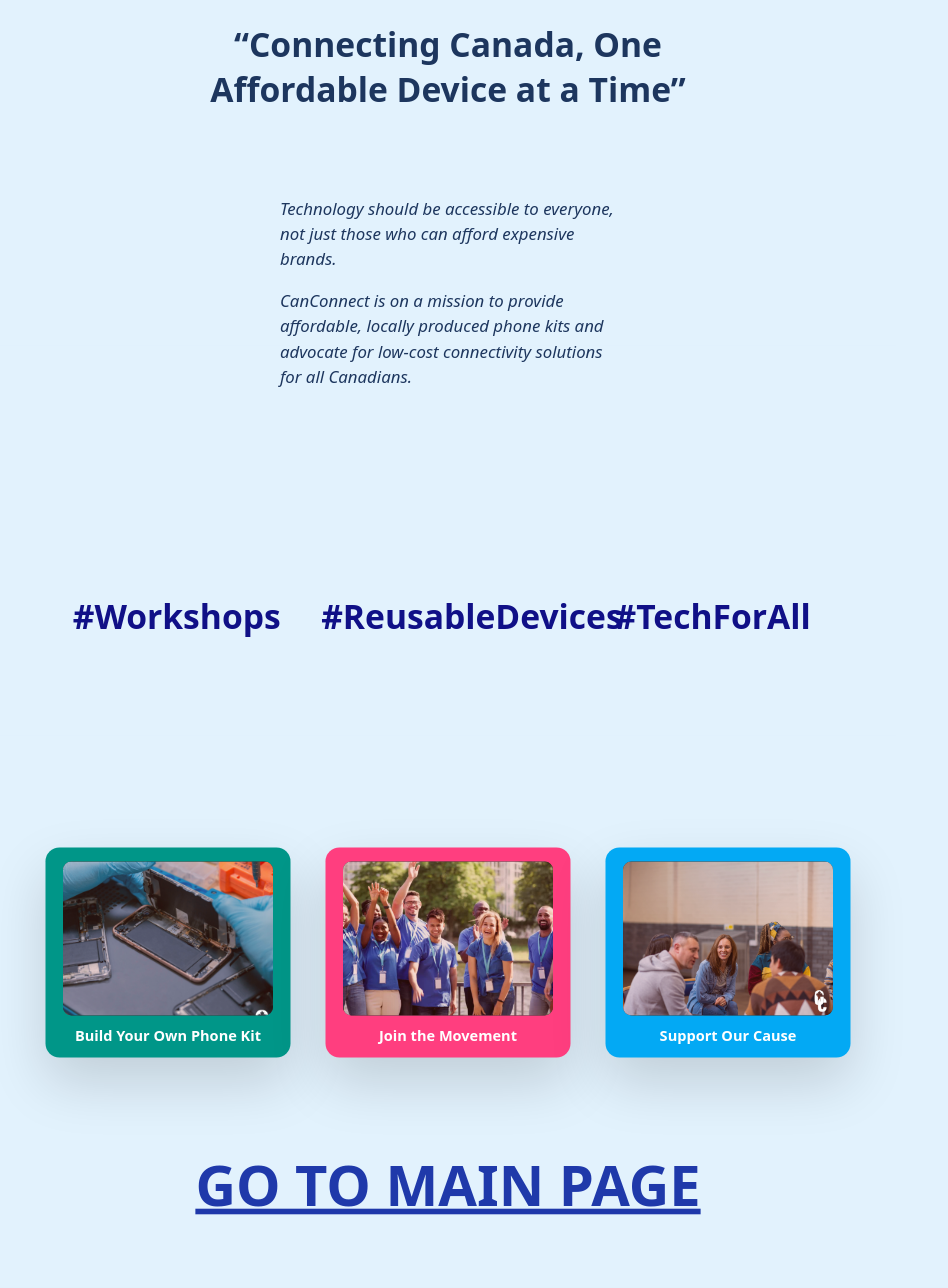
Repository: katelynyew/communityWebsite
Page: index.html
An editor plug-in stored every save of this project. The page is shown before and after the next save, followed by the edit.
The browser window is 1280 px wide. The page is 1354 px wide, so the pictures cover 1354 px, including what lies to the right of the window. The pictures show the part of the page from y = 2514 to 4354 px (the page is 4354 px tall before and 4125 px after), at 70% of full size.
Some web fonts or font styles are not loaded; a fallback is used. Some web libraries are served in a nearby version.

Above is the page before, as saved 2025-04-03 04:53:41.

### index.html
<!DOCTYPE html>
<html lang="en">
<head>
  <meta charset="UTF-8">
  <meta name="viewport" content="width=device-width, initial-scale=1.0">
  <link rel="stylesheet" href="./style.css" />

  <link rel="preconnect" href="https://fonts.googleapis.com">
  <link rel="preconnect" href="https://fonts.gstatic.com" crossorigin><link href="https://fonts.googleapis.com/css2?family=Ranchers&display=swap" rel="stylesheet">

  <title>Canconnect</title>
</head>
<body>

    <div class="landing">
      <!-- <nav>
        <h1 id="logo">CANConnect</h1>
        <a href="index.html">
          <img id="logo-img1" src="./can1.png" alt="CanConnect Logo" id="logo" />
        </a>
        <u1 class="nav-links">
          <li><a href="index.html" onclick="location.reload(); return false;">Home</a></li>
          <li><a href="https://sites.google.com/my.yorku.ca/canconnect/home">About Us</a></li>
          <li><a href="https://sites.google.com/my.yorku.ca/canconnect/tech-reshare-program?authuser=0">Our Project</a></li>
          <li><a href="https://sites.google.com/my.yorku.ca/canconnect/get-involved?authuser=0">Get Involved</a></li>
          <li><a href="https://sites.google.com/my.yorku.ca/canconnect/news-updates?authuser=0">News & Updates</a></li>
          <li><a href="https://sites.google.com/my.yorku.ca/canconnect/our-team?authuser=0">Staff</a></li>
          <li><a href="https://sites.google.com/my.yorku.ca/canconnect/connect?authuser=0">Contact Us</a></li>
        </u1>
      </nav> -->
      <div class="header">
        <div class="letters">
          <img id="logo-img2" src="can2.png" alt="CanConnect Logo">
          <!-- <h1 class="title">CANConnect</h1> -->
          <h2 class="big-text">“Connecting Canada, One Affordable Device at a Time”</h2>
        </div>
      </div>
      <div class="website-content">
        <div class="img-holder">
          <img src="./b8.jpg" alt="Description of the image"/>
        </div>
      </div>
    </div>


  <div class="content-holder">
    <div class="intro-text">

      <h1 class="sub">
        “Connecting Canada, One Affordable Device at a Time”
      </h1>
      <p class="hide">
        <span class="text">Technology should be accessible to everyone, not just those who can afford expensive
          brands.</span>
      </p>

      <p class="hide">
        <span class="text">CanConnect is on a mission to provide affordable, locally produced phone kits and advocate for low-cost connectivity solutions for all Canadians.</span>
      </p>
    </div>
  </div>
  <div class="slider"></div>
  <div class="row">
    <p class="tags">
      #Workshops
    </p>
    <p class="tags">
      #ReusableDevices
    </p>
    <p class="tags">
      #TechForAll
    </p>
  </div>
  <div class="container">
    <div class="card" style="--clr:#009688;">
      <div class="cardimg">
        <img src="./one.png" alt="">
      </div>
      <div class="card-content">
        <h2>Build Your Own Phone Kit</h2>
        <p>Empower yourself with affordable tech-build your own phone kit with CanConnect.</p>
        <a href="#">– Learn More</a>
      </div>
    </div>
    <div class="card" style="--clr:#ff3e7f;">
      <div class="cardimg">
        <img src="./two.png" alt="">
      </div>
      <div class="card-content">
        <h2>Join the Movement</h2>
        <p>Want to be a part of the movement? Check out how you can help:</p>
        <a href="#">– Get involved</a>
      </div>
    </div>
    <div class="card" style="--clr:#03a9f4;">
      <div class="cardimg">
         <img src="./three.png" alt="">
      </div>
      <div class="card-content">
        <h2>Support Our Cause</h2>
        <p>Support us in making technology more affordable for all.</p>
        <a href="#">– Donate today</a>
      </div>
    </div>

    <div class="home">
      <a href="https://sites.google.com/my.yorku.ca/canconnect/home?authuser=0">GO TO MAIN PAGE</a>
    </div>
  </div>



<script src="https://cdnjs.cloudflare.com/ajax/libs/gsap/3.8.0/gsap.min.js"></script>
<script src="https://cdnjs.cloudflare.com/ajax/libs/gsap/3.8.0/ScrollTrigger.min.js"></script>
<script src="./script.js"></script>

</body>
</html>

### style.css
*{
    margin: 0;
    padding: 0;
    box-sizing: border-box;
}
main {
    font-family: "Noto Sans", sans-serif;
}
html {
    overscroll-behavior: none;
}



html, body {
    font-family: "Noto sans", sans-serif;
    height: 100%;
    background-color: rgb(226, 242, 253);

}


.landing{
    min-height: 100vh;
    background-color: rgb(226, 242, 253);
    background-size: cover;
    display: flex;
    flex-direction: column;
    justify-content: top;
    align-content: flex-start;
    z-index: 2;
}
img {
    width: 100%;
    height: 100%;
    object-fit: cover;

}
nav {
    position: fixed;
    top: 0;
    right: 0;
    display: flex;
    align-items: center;
    justify-content: space-between;
    min-height: 10vh;
    max-width: 1200px; /* Prevents the nav from expanding too much */
    z-index: 20;


}


.nav-links {
    display: flex;  /* place the items side by side*/
    list-style: none;   /* get rid of bullet point*/
    gap: 2rem;  /* gap between each nav li element*/
    padding: 2em;

}

.nav-links li {
    /* padding-left: 10rem; */
    font-size: 1rem;
    font-weight: lighter;
    list-style: none;
    display: inline-block;
    padding: 5px 15px;
    border-radius: 5px;


}
.nav-links li:hover {
    border-color: #009688; /* Make border visible on hover */
    background-color: rgba(137, 2, 2, 0.475); /* Light background effect */
}

.nav-links li a {
    text-decoration: none; /* Remove underline */
    color: black; /* Change text color */
    font-weight: bold;
    display: block;
  }

#logo{
    position: fixed;
    top: 0;
    left: 100px;
    min-height: 10vh;
    padding: 20px 5px;
    font-family: "Noto Sans", sans-serif;
    font-weight: heavier;
    font-size: 2rem;
    z-index: 1000;


}
#logo-img1 {
    position: fixed; /* Keeps it in place even when scrolling */
    top: 0; /* Aligns to the very top */
    left: 50px; /* Aligns to the very left */
    max-width: 50px; /* Adjust size as needed */
    height: auto;
    padding: 10px; /* Adds some spacing */
}
#logo-img2 {
    max-width: 1000px;
    height: auto;
    display: block;
    margin: 0 auto;
}

.header {
    position: fixed;
    top: 5%;
    left: 0%;
    display: flex;
    width: 100%;
    z-index: 40;


}
.letters {
    flex: 1;
    display: flex;
    flex-direction: column; /*stacks children vertically */
    align-items: center;
    text-transform: uppercase;

}


.big-text {
    position: relative;
    font-size: 2rem;
    font-weight: heavier;
    text-align: center;
    color: rgb(39, 27, 202);
    margin: 2em 0em;
    top: 0rem;
    z-index: 40;

}

.website-content {

    position: relative;
    padding-top: 10em;
    width: 100%;
    height: 100%;

}

.img-holder {
    background-color: rgb(226, 242, 253);
    margin: 3em 0em;
    position: relative;
    top: 0%;
    width: 100%;
    height: 100vh;
    background: rgb(140, 229, 91);
    clip-path: polygon(37.5% 20%, 62.5% 20%, 62.5% 50%, 37.5% 50%);
    z-index: 10;
}

.img-holder img {
    position: relative;
    top: 0;
    left: 10px;
    transform: scale(1.1);
    height: 100vh;


}

.content-holder {
    position: relative;
    top: 60%;
    width: 100%;
    background: rgb(226, 242, 253);
    color: white;
    margin-top: 17rem;
    margin-bottom: 8em;
    z-index: 6;
}
.intro-text {
    background: rgb(226, 242, 253);
    position: relative;
    top: 0%;
    width: 100%;
    height: 100vh;
    display: flex;
    flex-direction: column;
    justify-content: flex-start;
    align-items: center;
    color: rgb(29, 54, 94);
    font-family: "Noto Sans", sans-serif;
    padding: 10em 10em;

}
.sub {
    padding: 1em 2em;
    margin: 1em 1em;
    font-size: 3rem;
    text-align: center;
    width: 100%;
}
.intro-text p {
    margin-top: 1em;
    font-size: 1.5rem;
    width: 50%;
    text-align: left;
    line-height: 1.5;
    font-style: italic;
    font-weight: heavier;
}
.row {
    position: relative;
    display: flex;
    width: 100%;
    top: 70%;
    justify-content: flex-start;
    align-items: center;
    padding: 0px 2px;
    gap: 10px;
    flex-wrap: wrap;
    margin: 0rem 4rem;


}

.row    .tags{
    width: calc(30% - 10px); /* Makes each p take up 50% of the width minus the gap */
    padding: 10px; /* Padding inside each p tag */
    text-align: center;
    font-size: 3rem;
    color: rgb(16, 16, 135);
    font-weight: bold;

}
.container {
    top:70%;
    background-color: rgb(226, 242, 253);
    position: relative;
    display: flex;
    justify-content: center;
    align-items: center;
    flex-wrap: wrap;
    gap: 100px 50px;
    padding: 100px 50px;
    padding-top: 10rem;
    margin: 8em 0em;
}

.container  .card {
    position: relative;
    display: flex;
    justify-content: center;
    align-items: flex-start;
    width: 350px;
    height: 300px;
    background-color: var(--clr);
    border-radius: 20px;
    box-shadow: 0 35px 80px rgba(0,0,0,0.15);
    transition: 0.5s;
    overflow: hidden;

}
.container  .card:hover {
    height: 400px;
}
.container  .card   .cardimg {
    position: absolute;
    top: 20px;
    width: 300px;
    height: 220px;
    background: #333;
    border-radius: 12px;
    overflow: hidden;
    transition: 0.5s;
}

.container  .card:hover .cardimg {
    top: -100px;
    scale: 0.75;
    box-shadow: 0 15px 45px rgba(0,0,0,0.2);
}
.container  .card   .cardimg img {
    position: absolute;
    top: 0;
    left: 0;
    width: 100%;
    height: 100%;

    object-fit: cover;
}

.container  .card   .card-content {
    position: absolute;
    top: 252px;
    width: 100%;
    padding: 0 30px;
    height: 35px;
    overflow: hidden;
    text-align: center;
    transition: 0.5s;
    display: flex;
    flex-direction: column;
    justify-content: left;
    align-items: center;
}

.container  .card:hover .card-content {
    top: 130px;
    height: 250px;

}
.container  .card   .card-content h2 {
    font-size: 1.3em;
    font-weight: 700;
    color: white;
    line-height: 2rem;
}

.container  .card   .card-content p {
    font-size: 1em;
    text-align: left;
    color: #f8e9e9;
    padding: 5em 0em;


}
.container  .card   .card-content a {
    position: relative;
    top: 0px;
    transform: translateY(-95%);
    display: inline-block;
    padding: 12px 25px;
    background: rgb(0, 0, 0);
    color: white;
    font-weight: 500;
    text-decoration: none;
    border-radius: 8px;
}



.home {
    position: relative;

    top: 1rem;
    width: 65%;
    text-align: center;
    font-size: 10rem;
    color: rgb(29, 54, 94);
    font-size: 5rem;
    font-weight: lighter;
    display: inline-block;
    padding: 10px;
    border-radius: 100px;

   /* background-color: rgba(255, 84, 65, 0.292); */
}

.home:hover {
    border-color: #009688; /* Make border visible on hover */
    background-color: rgb(137, 200, 200,0.292); /* Light background effect */
    width: 65%;
    transition: 0.5s;
}

.home a {

    color: rgba(25, 51, 168, 0.971); /* Change text color */
    font-weight: bold;
    display: block;
  }

/* .hide {
    background: black;
    overflow: hidden;
}
*/
/*
.hide span{         /*move down the hide
    transform: translateY(100%);
    display: inline-block;  /*span is inline element
}
*/

### script.js
const tl = gsap.timeline({defaults: {ease: 'power1.out'}});


// tl.to('.slider', {y: "-100%", duration: 1.5, delay: 0.5});
// tl.to(".intro", {y: "-100%", duration: 1}, "-=1");  /*   -=1 means start one sec faster*/
// tl.fromTo("nav", {opacity: 0}, {opacity: 1, duration: 1});
// tl.fromTo(".big-text", {opacity: 0}, {opacity: 1, duration: 1});

gsap.registerPlugin(ScrollTrigger);

document.addEventListener("DOMContentLoaded", function() {
    const contentHolderHeight = document.querySelector(".content-holder").offsetHeight;
    const imgHolderHeight = window.innerHeight;
    const additionalScrollHeight = window.innerHeight;


    const totalBodyHeight = contentHolderHeight + imgHolderHeight + additionalScrollHeight;
    document.body.style.height = `${totalBodyHeight}px`;
});

// Reset the page when it loads
window.addEventListener('load', () => {
    // Reset any GSAP animations or properties
    gsap.set("nav", { opacity: 0 });  // Set nav to invisible
    gsap.set(".header", { opacity: 1 });  // Reset header to visible
    gsap.set(".website-content", { position: 'absolute', top: 'auto' });  // Reset the position of website content

    // Ensure ScrollTrigger resets
    ScrollTrigger.refresh();
});

// Initially set the nav to be invisible
gsap.set("nav", { opacity: 0 });

// ScrollTrigger to fade in the nav after scrolling past the website-content section
gsap.to("nav", {
    opacity: 1,  // Fade in the nav
    scrollTrigger: {
        trigger: ".website-content",  // Trigger after the website-content section
        start: "bottom top",  // Start when the bottom of .website-content hits the top of the viewport
        end: "bottom top",  // Continue for the entire scroll of website-content

        markers: false,  // Optional: Remove if you don't need markers
        toggleActions: "play none none reverse", // Re-trigger on scroll
    }
});

// ScrollTrigger to fade out the nav after scrolling back up
gsap.to("nav", {
    opacity: 0,  // Fade out the nav
    scrollTrigger: {
        trigger: ".website-content",  // Trigger after the website-content section
        start: "top top",  // Start when the top of .website-content hits the top of the viewport
        end: "+=100%",  // Continue for the entire scroll of website-content
        scrub: 0.5,
        markers: false,  // Optional: Remove if you don't need markers
        toggleActions: "reverse none none play", // Re-trigger on scroll
    }
});

// ScrollTrigger for fading out header
gsap.to(".big-text", {
    opacity: 0,  // Fade out
    scrollTrigger: {
        trigger: ".website-content",
        start: "top top",  // Start fading out when the top of the website-content reaches the top of the viewport
        end: "+=100%",  // Keep fading out while scrolling further
        scrub: 1,  // Smooth transition based on scroll
        onEnter: () => gsap.to(".big-text", { opacity: 0, duration: 1 }),
        onLeaveBack: () => gsap.to(".big-text", { opacity: 1, duration: 1 }),  // Fade in when scrolling back

    }
});

gsap.to("#logo-img2", {
    y: "-200px", // Move the title up
    duration: 1,
    ease: "power1.out",
    scrollTrigger: {
        trigger: ".website-content",
        start: "top top", // Start when .title is near the top of the viewport
        end: "+=100%", // End when it reaches this position
        scrub: 1, // Smooth animation
        markers: false // Set to true if you want to see scroll markers
    }
});

ScrollTrigger.create({
    trigger: ".website-content",
    start: "-0.1% top",
    end: "bottom bottom",
    onEnter: () => {
        gsap.set(".website-content", { position: 'fixed', top: '0' });
    },

    onLeaveBack: () => {
        gsap.set(".website-content", { position: 'absolute', top: 'auto' });
    }

});



gsap.to(".img-holder", {
    //scale: 1,
    rotation: 0,
    clipPath: 'polygon(0% 0%, 100% 0%, 100% 100%, 0% 100%)',
    ease: "power2.inOut",
    trigger: ".img-holder",
    scrollTrigger: {
        start: "top top",
        end: `+=200%`,
        scrub: 1,

    }
});

ScrollTrigger.create({
    trigger: ".img-holder",
    start: "top top",
    end: "+=200%",
    pin: true,
    anticipatePin: 1,
    onLeave: () => {
        gsap.set(".website-content", { position: "absolute", top: "auto" }); // Unpin the image
    },
    onLeaveBack: () => {
        gsap.set(".website-content", { position: "absolute", top: "auto" }); // Ensure the image scrolls back properly
    }

});

// gsap.to(".header .letters:first-child", {
//     x: () => -innerWidth *3,
//     scale: 10,
//     ease: "power2.inOut",
//     scrollTrigger: {
//         start: "top top",
//         end: `+=200%`,
//         scrub: 1
//     }
// });
// gsap.to(".header .letters:last-child", {
//     x: () => innerWidth *3,
//     scale: 10,
//     ease: "power2.inOut",
//     scrollTrigger: {
//         start: "top top",
//         end: `+=200%`,
//         scrub: 1
//     }
// });

After the next save:
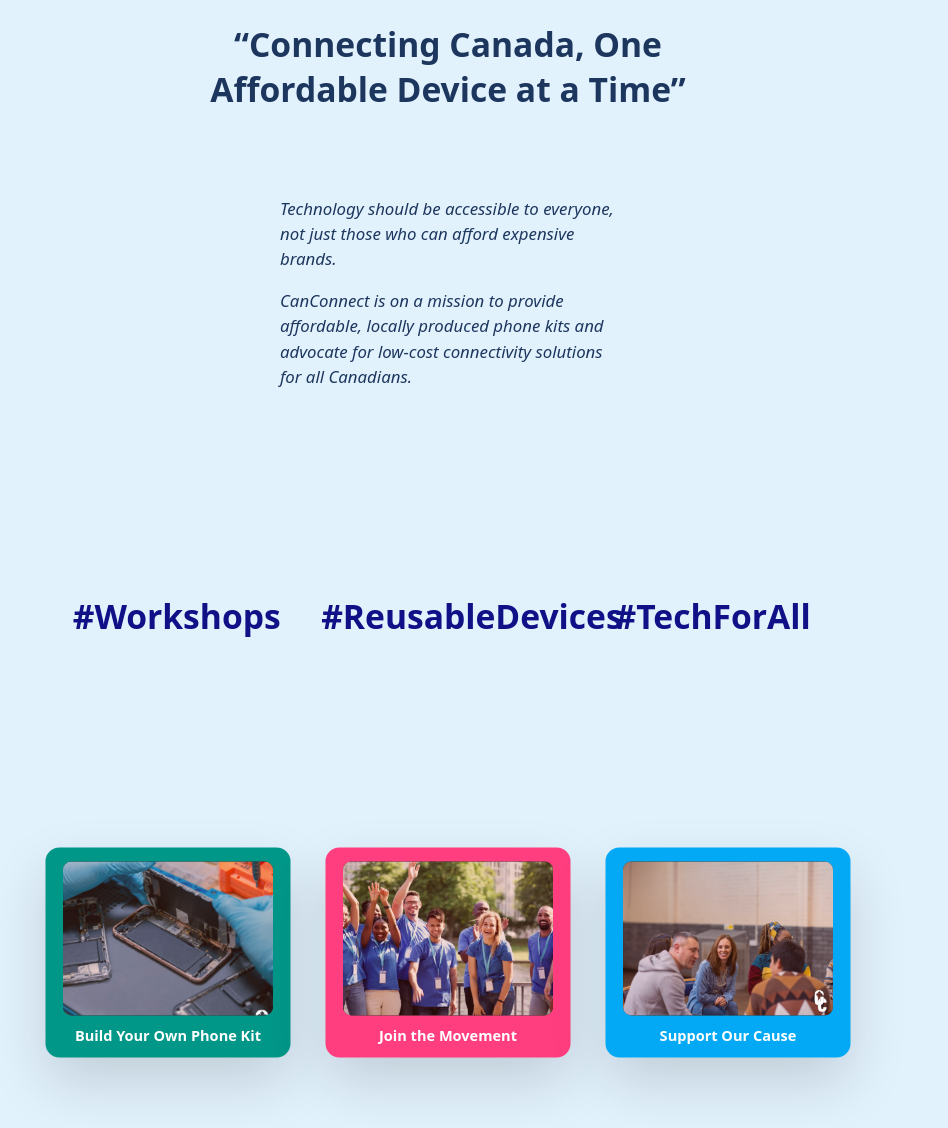
Saved 2 min 34 s later.
--- a/index.html
+++ b/index.html
@@ -103,9 +103,9 @@
       </div>
     </div>
 
-    <div class="home">
+    <!-- <div class="home">
       <a href="https://sites.google.com/my.yorku.ca/canconnect/home?authuser=0">GO TO MAIN PAGE</a>
-    </div>
+    </div> -->
   </div>
 
 
